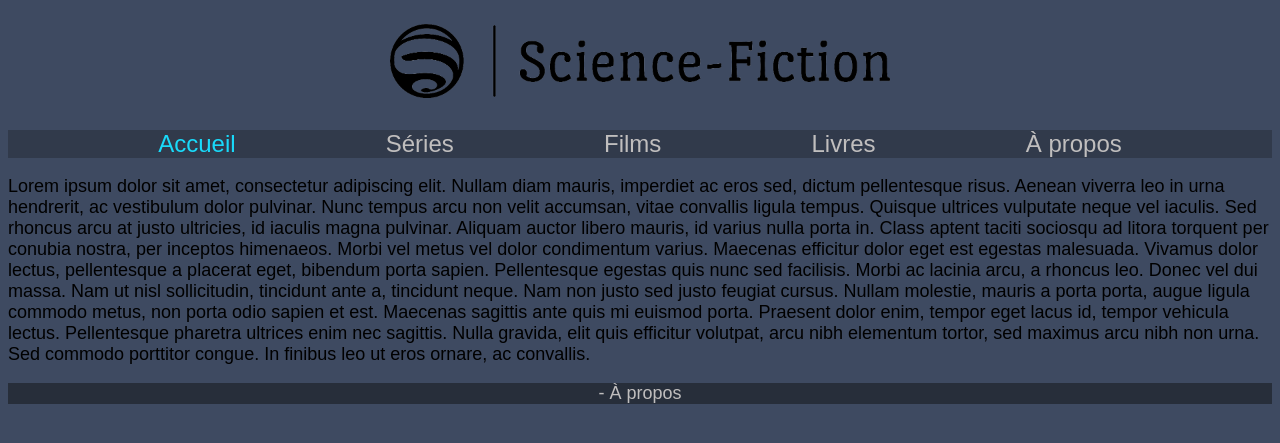
Repository: Emalios/Projet-Web
Page: index.html
The author's editor kept a copy of each file at every save. The page is drawn from the files as they stood at one save, then again after the next save.
The browser window is 1280 px wide. The pictures show the whole page.

Above is the page before, as saved 2020-11-11 18:02:16.

### index.html
<!DOCTYPE html>
<html lang="fr" dir="ltr">

<head>
  <meta charset="utf-8">
  <meta name="viewport" content="width=device-width, initial-scale=1.0">
  <title>Science-Fiction</title>
  <link rel="icon" href="images/small_icon.png" type="image/png">
  <link rel="stylesheet" href="css/common.css">
</head>

<body>
  <header>
    <img id="logo" src="images/logo_large.png" alt="logo de Science-fiction">
    <nav class="navbar">
      <a href="index.html" id="active" class="nav-link">Accueil</a>
      <a href="html/series.html" class="nav-link">Séries</a>
      <a href="html/films.html" class="nav-link">Films</a>
      <a href="html/livres.html" class="nav-link">Livres</a>
      <a href="html/a-propos.html" class="nav-link">À propos</a>
    </nav>
  </header>
  <main>
    <p>Lorem ipsum dolor sit amet, consectetur adipiscing elit. Nullam diam mauris, imperdiet ac eros sed, dictum pellentesque risus. Aenean viverra leo in urna hendrerit, ac vestibulum dolor pulvinar. Nunc tempus arcu non velit accumsan, vitae
      convallis ligula tempus. Quisque ultrices vulputate neque vel iaculis. Sed rhoncus arcu at justo ultricies, id iaculis magna pulvinar. Aliquam auctor libero mauris, id varius nulla porta in. Class aptent taciti sociosqu ad litora torquent per
      conubia nostra, per inceptos himenaeos. Morbi vel metus vel dolor condimentum varius. Maecenas efficitur dolor eget est egestas malesuada. Vivamus dolor lectus, pellentesque a placerat eget, bibendum porta sapien. Pellentesque egestas quis nunc
      sed facilisis. Morbi ac lacinia arcu, a rhoncus leo. Donec vel dui massa. Nam ut nisl sollicitudin, tincidunt ante a, tincidunt neque. Nam non justo sed justo feugiat cursus.

      Nullam molestie, mauris a porta porta, augue ligula commodo metus, non porta odio sapien et est. Maecenas sagittis ante quis mi euismod porta. Praesent dolor enim, tempor eget lacus id, tempor vehicula lectus. Pellentesque pharetra ultrices
      enim
      nec sagittis. Nulla gravida, elit quis efficitur volutpat, arcu nibh elementum tortor, sed maximus arcu nibh non urna. Sed commodo porttitor congue. In finibus leo ut eros ornare, ac convallis.</p>
  </main>
  <footer><a href="html/a-propos.html" class="footer-link">- À propos</a></footer>
</body>


</html>

### css/common.css
body {
  background-color: #3e4a61;
  font-size: 18px;
  font-family: "Source Sans Pro", sans-serif;
}

#logo {
  display: block;
  margin-left: auto;
  margin-right: auto;
  padding-top: 1rem;
  padding-bottom: 2rem;
  max-width: 500px;
}

ul {
  list-style: none outside none;
}

.navbar {
  font-size: 24px;
  display: flex;
  flex-wrap: wrap;
  justify-content: space-evenly;
  padding: 0;
  background-color: #313a4b;
}

.nav-link, .footer-link {
  text-decoration: none;
  color: #c0bebe;
}

.nav-link:hover {
  color: #19dafa;
}

#active {
  color: #19dafa !important;
}

#title {
  text-align: center;
  padding: 1rem;
}

footer {
  background-color: #272e3a;
  text-align: center;
}

@media all and (max-width: 700px) {
  #logo {
    display: block;
    margin-left: auto;
    margin-right: auto;
    padding-top: 1em;
    width: 85%;
    max-width: 500px;
  }

}

After the next save:
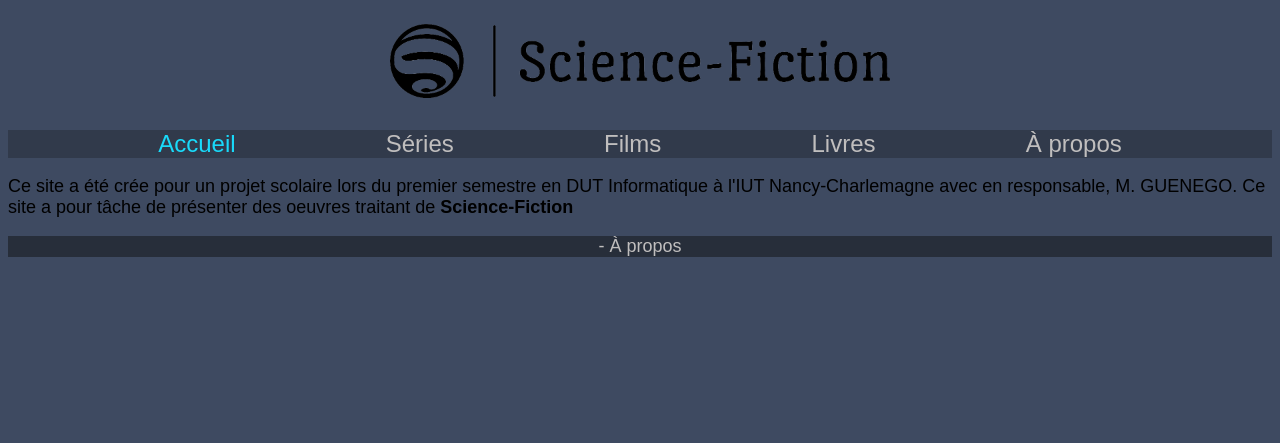
Saved 7 min 7 s later.
--- a/index.html
+++ b/index.html
@@ -21,14 +21,9 @@
     </nav>
   </header>
   <main>
-    <p>Lorem ipsum dolor sit amet, consectetur adipiscing elit. Nullam diam mauris, imperdiet ac eros sed, dictum pellentesque risus. Aenean viverra leo in urna hendrerit, ac vestibulum dolor pulvinar. Nunc tempus arcu non velit accumsan, vitae
-      convallis ligula tempus. Quisque ultrices vulputate neque vel iaculis. Sed rhoncus arcu at justo ultricies, id iaculis magna pulvinar. Aliquam auctor libero mauris, id varius nulla porta in. Class aptent taciti sociosqu ad litora torquent per
-      conubia nostra, per inceptos himenaeos. Morbi vel metus vel dolor condimentum varius. Maecenas efficitur dolor eget est egestas malesuada. Vivamus dolor lectus, pellentesque a placerat eget, bibendum porta sapien. Pellentesque egestas quis nunc
-      sed facilisis. Morbi ac lacinia arcu, a rhoncus leo. Donec vel dui massa. Nam ut nisl sollicitudin, tincidunt ante a, tincidunt neque. Nam non justo sed justo feugiat cursus.
-
-      Nullam molestie, mauris a porta porta, augue ligula commodo metus, non porta odio sapien et est. Maecenas sagittis ante quis mi euismod porta. Praesent dolor enim, tempor eget lacus id, tempor vehicula lectus. Pellentesque pharetra ultrices
-      enim
-      nec sagittis. Nulla gravida, elit quis efficitur volutpat, arcu nibh elementum tortor, sed maximus arcu nibh non urna. Sed commodo porttitor congue. In finibus leo ut eros ornare, ac convallis.</p>
+    <p>Ce site a été crée pour un projet scolaire lors du premier semestre en DUT Informatique à l'IUT Nancy-Charlemagne avec en responsable, M. GUENEGO.
+      Ce site a pour tâche de présenter des oeuvres traitant de <b>Science-Fiction</b>
+    </p>
   </main>
   <footer><a href="html/a-propos.html" class="footer-link">- À propos</a></footer>
 </body>
